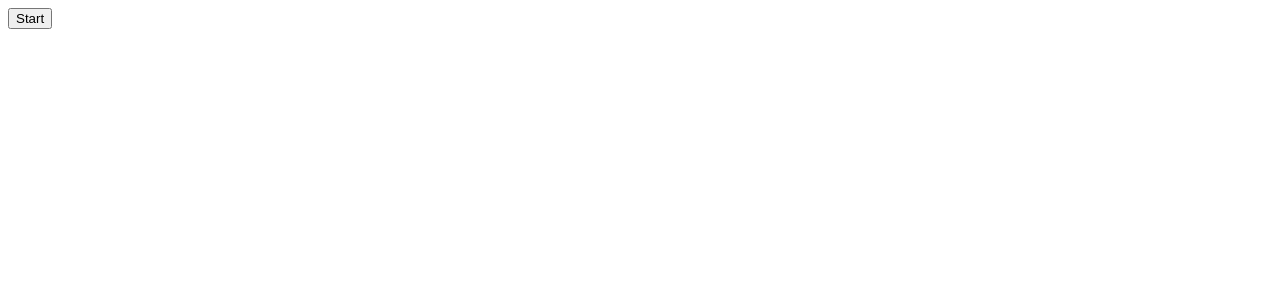
Repository: KasiaJakubowska/The-for-loop-training
Page: index.html
These files come from the project's save history. The page is drawn as it stood at one moment and after the next save; the edit follows.
The browser window is 1280 px wide. The pictures show the whole page.
After loading, the first visible `button` was clicked once.

Above is the page before, as saved 2019-03-27 22:01:50.
Console error: ReferenceError: liItems is not defined

After the next save:
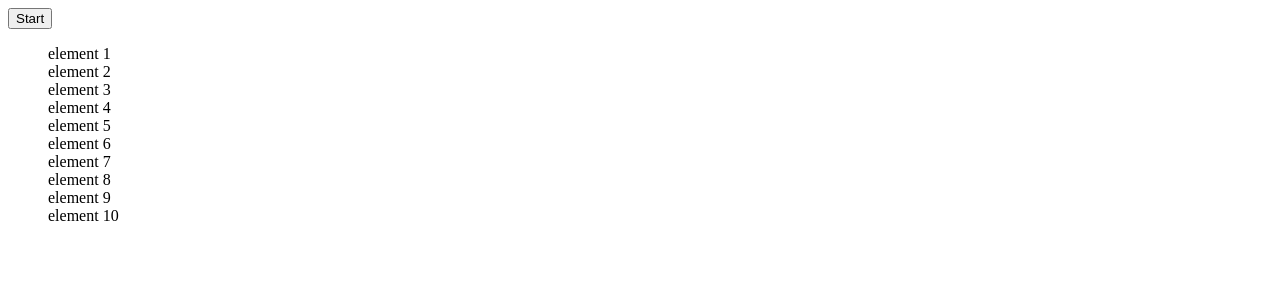
The error is gone.
Saved 40 s later.
--- a/main.js
+++ b/main.js
@@ -1,7 +1,7 @@
 const btn = document.querySelector("button");
 const items = document.querySelectorAll("li");
 btn.addEventListener("click", () => {
-for (let i = 0; i<liItems.length; i++){
+for (let i = 0; i< items.length; i++){
 items[i].style.display = "block";
 }
 })
